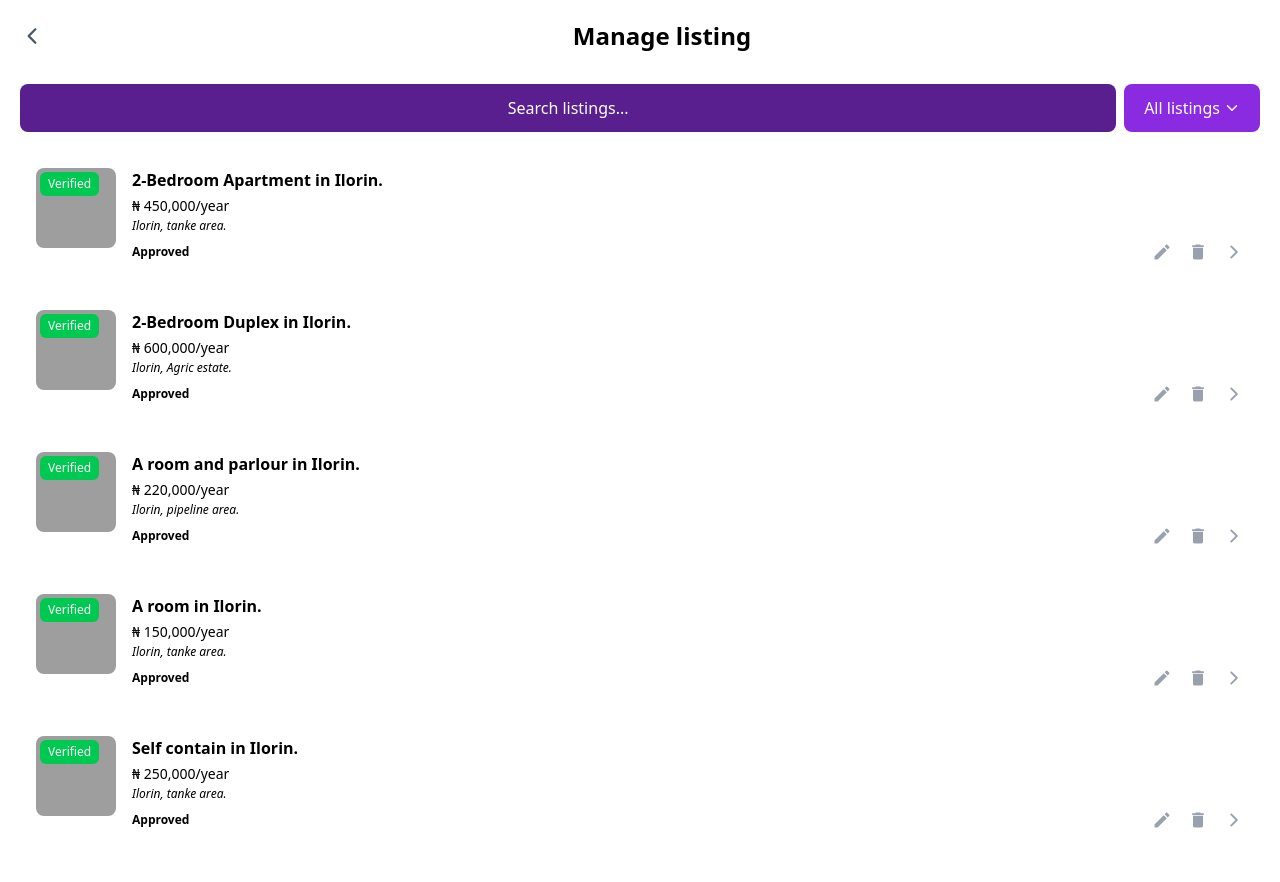
Repository: Em-driod/spotify-clone
Page: /Manage
An editor plug-in stored every save of this project. The page is shown before and after the next save, followed by the edit.
The browser window is 1280 px wide. The pictures show the whole page.
Pictures or frames that could not be fetched are drawn as grey boxes. The project was rebuilt for these pictures with package versions that can differ from the ones it lists, and the page was loaded fresh each time. Also part of the build but not shown: vite.config.ts, src/pages/veryify.tsx, src/pages/LandingPage.tsx, src/pages/Back.tsx, src/pages/Change.tsx, src/pages/onboard.tsx, src/pages/Skips.tsx, src/pages/Otp.tsx and 6 more.

Above is the page before, as saved 2025-07-09 17:16:40.

After the next save:
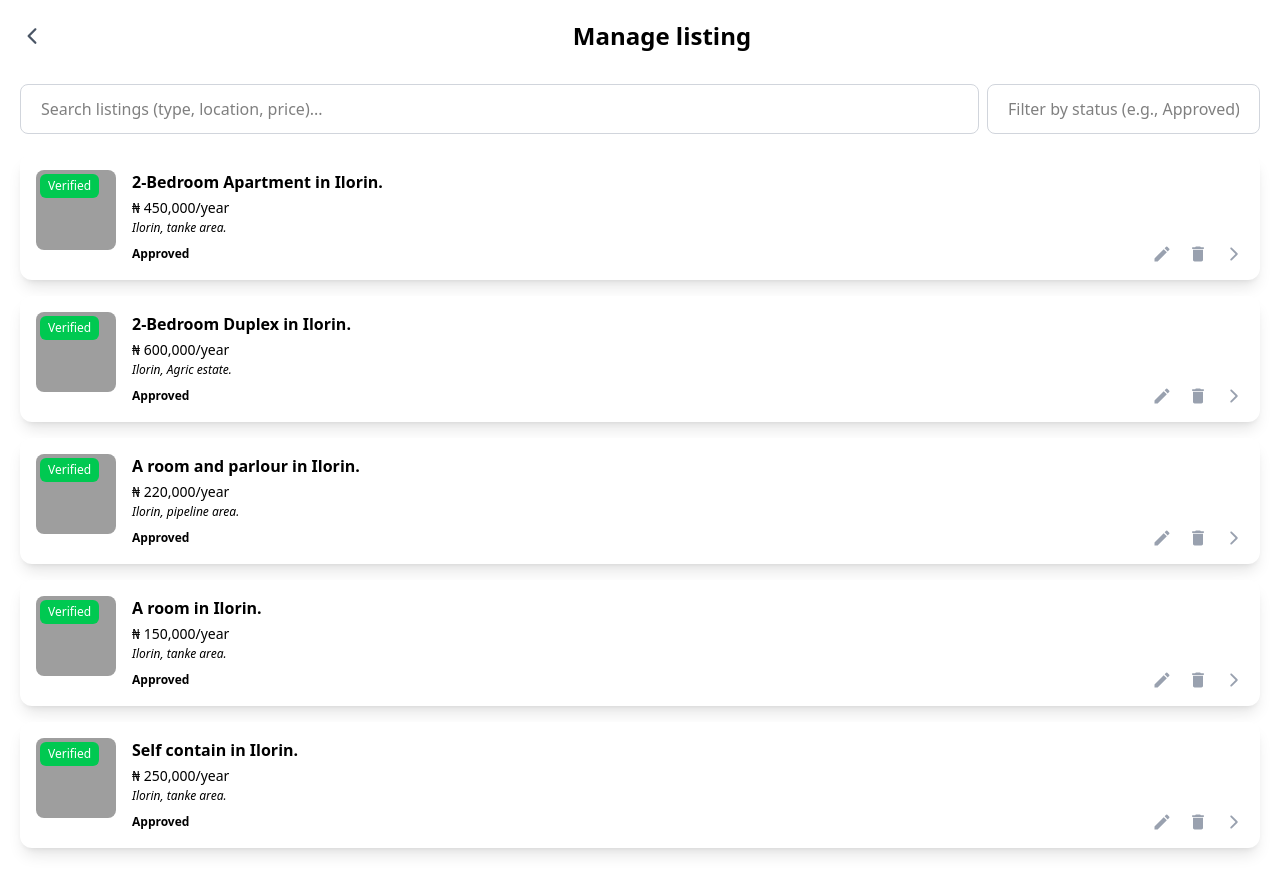
Saved 3 min 50 s later.
--- a/src/pages/Manage.tsx
+++ b/src/pages/Manage.tsx
@@ -1,4 +1,4 @@
-import React, { useState } from 'react';
+import React, { useState, useMemo } from 'react'; // Import useMemo
 import { IoIosArrowBack, IoIosArrowDown } from 'react-icons/io';
 import { MdEdit, MdDelete } from 'react-icons/md';
 
@@ -57,7 +57,12 @@ const Manage: React.FC = () => {
     },
   ]);
 
-  const handleEdit = (id: number) => { // Type 'id' as number
+  // State for the general search input
+  const [generalSearchQuery, setGeneralSearchQuery] = useState<string>('');
+  // State for the "All listings" filter/search input (e.g., for status, or another specific filter)
+  const [statusFilterQuery, setStatusFilterQuery] = useState<string>('');
+
+  const handleEdit = (id: number) => {
     const listingToEdit = listings.find((listing) => listing.id === id);
     if (listingToEdit) {
       const newType = prompt('Edit listing type:', listingToEdit.type);
@@ -77,12 +82,38 @@ const Manage: React.FC = () => {
     }
   };
 
-  const handleDelete = (id: number) => { // Type 'id' as number
+  const handleDelete = (id: number) => {
     if (window.confirm(`Are you sure you want to delete listing with ID: ${id}?`)) {
       setListings(listings.filter((listing) => listing.id !== id));
       alert(`Listing with ID: ${id} deleted!`);
     }
   };
+
+  // Memoize the filtered listings to avoid unnecessary re-calculations
+  const filteredListings = useMemo(() => {
+    let currentListings = [...listings]; // Start with a copy of all listings
+
+    // Apply general search filter
+    if (generalSearchQuery) {
+      const lowerCaseQuery = generalSearchQuery.toLowerCase();
+      currentListings = currentListings.filter(
+        (listing) =>
+          listing.type.toLowerCase().includes(lowerCaseQuery) ||
+          listing.location.toLowerCase().includes(lowerCaseQuery) ||
+          listing.price.toLowerCase().includes(lowerCaseQuery) // You might want to filter price differently
+      );
+    }
+
+    // Apply status/specific filter
+    if (statusFilterQuery) {
+      const lowerCaseStatusQuery = statusFilterQuery.toLowerCase();
+      currentListings = currentListings.filter(
+        (listing) => listing.status.toLowerCase().includes(lowerCaseStatusQuery)
+      );
+    }
+
+    return currentListings;
+  }, [listings, generalSearchQuery, statusFilterQuery]); // Re-calculate when these dependencies change
 
   return (
     <div className="min-h-screen p-5 bg-white text-black font-sans">
@@ -92,40 +123,52 @@ const Manage: React.FC = () => {
         <h1 className="text-2xl font-bold text-center flex-grow">Manage listing</h1>
       </div>
 
-      {/* Search and Filter */}
+      {/* Search and Filter Inputs */}
       <div className="flex justify-between mb-5">
-        <button className="bg-[#5a1f8e] text-white rounded-lg px-5 py-3 text-base cursor-pointer flex-1 mr-2">
-          Search listings...
-        </button>
-        <button className="bg-[#8a2be2] text-white rounded-lg px-5 py-3 text-base cursor-pointer flex items-center">
-          All listings <IoIosArrowDown size={16} className="ml-1" />
-        </button>
+        <input
+          type="text"
+          placeholder="Search listings (type, location, price)..."
+          className="flex-1 mr-2 px-5 py-3 rounded-lg border border-gray-300 focus:outline-none focus:ring-2 focus:ring-[#5a1f8e] text-black bg-white"
+          value={generalSearchQuery}
+          onChange={(e) => setGeneralSearchQuery(e.target.value)}
+        />
+        <input
+          type="text"
+          placeholder="Filter by status (e.g., Approved)..."
+          className="px-5 py-3 rounded-lg border border-gray-300 focus:outline-none focus:ring-2 focus:ring-[#8a2be2] text-black bg-white"
+          value={statusFilterQuery}
+          onChange={(e) => setStatusFilterQuery(e.target.value)}
+        />
       </div>
 
       {/* Listings */}
       <div>
-        {listings.map((listing: Listing) => ( // Explicitly type 'listing'
-          <div key={listing.id} className="bg-white  p-4 mb-4 flex items-start ">
-            <div className="relative mr-4">
-              {/* Verified Badge */}
-              <span className="absolute top-1 left-1 bg-green-500 text-white text-xs px-2 py-1 rounded-md z-10">Verified</span>
-              <img src={listing.image} alt={listing.type} className="w-20 h-20 rounded-lg object-cover" />
-            </div>
-            <div className="flex-1 min-w-0">
-              <h3 className="text-base font-bold mb-1 break-words">{listing.type}</h3>
-              <p className="text-sm text-black mb-0.5">{listing.price}</p>
-              <p className="text-xs text-black-400 italic mb-2">{listing.location}</p>
-              <div className="flex items-center justify-between mt-2">
-                <p className="text-xs text-black font-bold">{listing.status}</p>
-                <div className="flex items-center">
-                  <MdEdit size={20} className="text-gray-400 ml-4 cursor-pointer" onClick={() => handleEdit(listing.id)} />
-                  <MdDelete size={20} className="text-gray-400 ml-4 cursor-pointer" onClick={() => handleDelete(listing.id)} />
-                  <IoIosArrowBack size={20} className="text-gray-400 ml-4 cursor-pointer rotate-180" />
+        {filteredListings.length > 0 ? (
+          filteredListings.map((listing: Listing) => (
+            <div key={listing.id} className="bg-white rounded-xl p-4 mb-4 flex items-start shadow-lg">
+              <div className="relative mr-4">
+                {/* Verified Badge */}
+                <span className="absolute top-1 left-1 bg-green-500 text-white text-xs px-2 py-1 rounded-md z-10">Verified</span>
+                <img src={listing.image} alt={listing.type} className="w-20 h-20 rounded-lg object-cover" />
+              </div>
+              <div className="flex-1 min-w-0">
+                <h3 className="text-base font-bold mb-1 break-words">{listing.type}</h3>
+                <p className="text-sm text-black mb-0.5">{listing.price}</p>
+                <p className="text-xs text-black-400 italic mb-2">{listing.location}</p>
+                <div className="flex items-center justify-between mt-2">
+                  <p className="text-xs text-black font-bold">{listing.status}</p>
+                  <div className="flex items-center">
+                    <MdEdit size={20} className="text-gray-400 ml-4 cursor-pointer" onClick={() => handleEdit(listing.id)} />
+                    <MdDelete size={20} className="text-gray-400 ml-4 cursor-pointer" onClick={() => handleDelete(listing.id)} />
+                    <IoIosArrowBack size={20} className="text-gray-400 ml-4 cursor-pointer rotate-180" />
+                  </div>
                 </div>
               </div>
             </div>
-          </div>
-        ))}
+          ))
+        ) : (
+          <p className="text-center text-gray-500 text-lg mt-10">No listings match your search criteria.</p>
+        )}
       </div>
     </div>
   );
